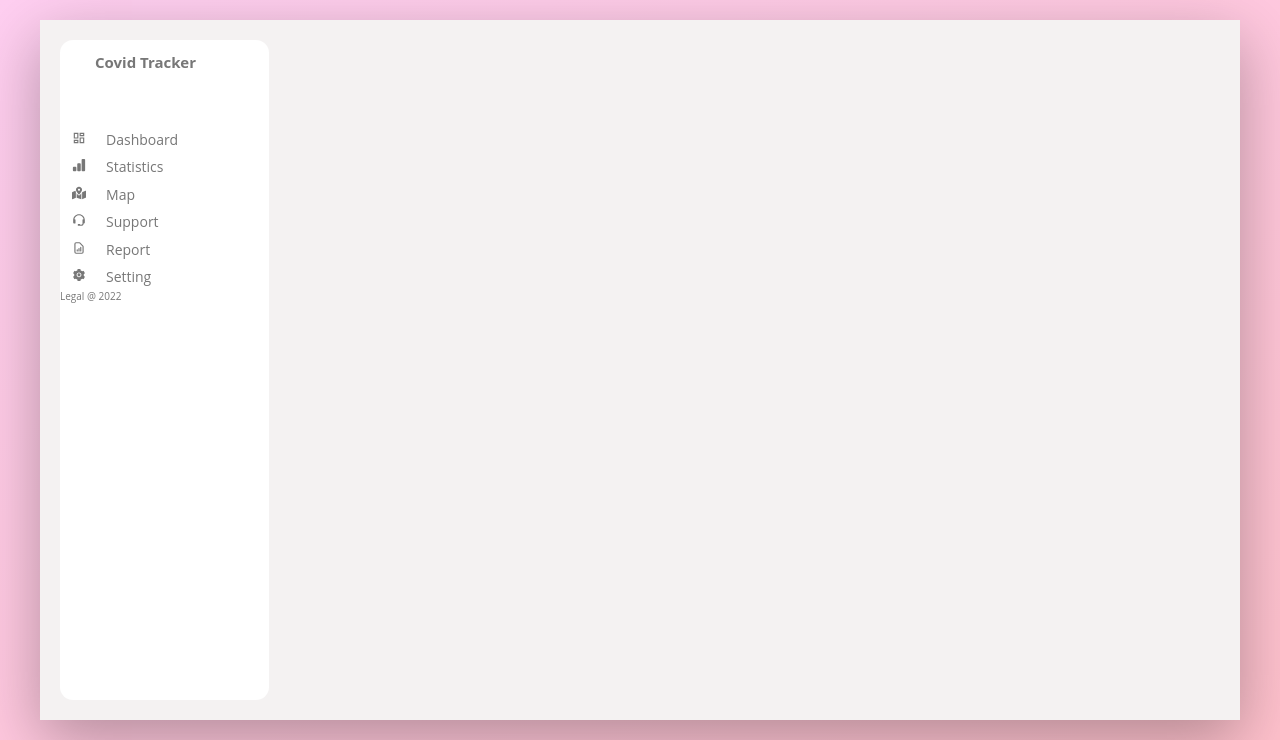
Repository: okidijimmy200/CovidAdminTracker
Page: /
These files come from the project's save history. The page is drawn as it stood at one moment and after the next save; the edit follows.
The browser window is 1280 px wide. The pictures show the whole page.
The project was rebuilt for these pictures with package versions that can differ from the ones it lists, and the page was loaded fresh each time.

Above is the page before, as saved 2022-06-09 17:15:43.

### src/index.scss
:root {
  --color-primary:#eb2f64;
  --color-primary-light:#ffcff1;
  --color-primary-dark:#ffc1cc;
  --color-grey-light-1: #faf9f9;
  --color-grey-light-2: #f4f2f2;
  --color-grey-light-3: #f0eeee;
  --color-grey-light-4: #ccc;
  --color-grey-dark-1: #333;
  --color-grey-dark-2: #777;
  --color-grey-dark-3: #999;

  // creating variable for box
  --shadow-dark: 0 2rem 6rem rgba(0, 0, 0, 0.3);

  --shadow-light: 0 2rem 5rem rgba(0,0,0,.06);
}


* {
  margin: 0;
  padding: 0;
}
*,
*::before,
*::after {
  box-sizing: inherit;
}

html {
  box-sizing: border-box;
  font-size: 62.5%;

}

body {
  font-family: 'Open Sans', sans-serif;
  font-weight: 400;
  line-height: 1.6;
  color: var(--color-grey-dark-2);
  background-image: linear-gradient(to right bottom, var(--color-primary-light), var(--color-primary-dark));
  background-size: cover;
  background-repeat: no-repeat;
  min-height: 100vh;
}

### src/App.tsx
import React from 'react';
import Sidebar from './sidebar/sidebar';
import Content from './core/content';
import './App.scss';

function App() {
  return (
    <div data-testid='container' className="container">
      <div className="content">
      <Sidebar />
      <Content />
      </div>

    </div>
  );
}

export default App;

### src/sidebar/sidebar.tsx
import React from 'react'
import {MdOutlineDashboard  } from 'react-icons/md'
import { BsFillBarChartFill } from 'react-icons/bs'
import { FaMapMarkedAlt } from 'react-icons/fa'
import { BiSupport } from 'react-icons/bi'
import { HiOutlineDocumentReport } from 'react-icons/hi'
import { AiFillSetting } from 'react-icons/ai'

import './sidebar.scss'

export default function sidebar() {
  return (
    <>
    <nav className="sidebar">
        <h2 className='title'>Covid Tracker</h2>
        <div className='sidebar-flex'>

        <ul className="side-nav">
            <li className="side-nav__item side-nav__item--active">
                <span className='side-nav__icon'><MdOutlineDashboard /></span>
                    <span>Dashboard</span>
            </li>
            <li className="side-nav__item">
                {/* <a href="#" class="side-nav__link"> */}
                    <span className="side-nav__icon">
                        <BsFillBarChartFill />
                        {/* <use xlink:href="img/spritspam#icon-aircraft-take-off"></use> */}
                    </span>
                    <span>Statistics</span>
                {/* </a> */}
            </li>
            <li className="side-nav__item">
                {/* <a href="#" class="side-nav__link"> */}
                    <span className="side-nav__icon">
                        <FaMapMarkedAlt />
                        {/* <use xlink:href="img/sprite.svg#icon-key"></use> */}
                    </span>
                    <span>Map</span>
                {/* </a> */}
            </li>
            <li className="side-nav__item">
                {/* <a href="#" className="side-nav__link"> */}
                    <span className="side-nav__icon">
                        {/* <use xlink:href="img/sprite.svg#icon-map"></use> */}
                        <BiSupport />
                    </span>
                    <span>Support</span>
                {/* </a> */}
            </li>
            <li className="side-nav__item">
                {/* <a href="#" className="side-nav__link"> */}
                    <span className="side-nav__icon">
                        {/* <use xlink:href="img/sprite.svg#icon-map"></use> */}
                        <HiOutlineDocumentReport />
                    </span>
                    <span>Report</span>
                {/* </a> */}
            </li>
            <li className="side-nav__item">
                {/* <a href="#" className="side-nav__link"> */}
                    <span className="side-nav__icon">
                        {/* <use xlink:href="img/sprite.svg#icon-map"></use> */}
                        <AiFillSetting />
                    </span>
                    <span>Setting</span>
                {/* </a> */}
            </li>
        </ul>
        <div className="legal">
            Legal @ 2022
        </div>
        </div>
    </nav>
</>
  )
}

### src/core/content.tsx
import React from 'react'

import './content.scss'

export default function Content() {
  return (
    <main className="hotel-view">
    </main>
  )
}

### src/App.scss
.container {
  max-width: 120rem;
  // centering in the view port
  margin: 2rem auto;
  background-color: var(--color-grey-light-2);
  // box-shadow:;
  box-shadow: var(--shadow-dark);

  // min height for testing
  // min-height: 60rem;

}

.content {
  display: flex;
  min-height: 70rem;
  padding: 2rem;
}

### src/sidebar/sidebar.scss

.sidebar {
    // styling the sidebar
    background-color: #fff;
    // flex property to define width, grow 0, shrink 0
    flex: 0 0 18%;
    // to create alot of space in the container for legal text
    border-radius: 1.3rem;
}

.side-nav {
    // adding font size
    font-size: 1.4rem;
    list-style: none;
    margin-top: 3.5rem;

   &__item {
       // parent element set to relative to element the hover effect
       position: relative;
       cursor: pointer;
       margin-left: 1.2rem;

       // to create space btn the items
       &:not(:last-child) {
           margin-bottom: .5rem;
       }
   }

   // this shd be visible only when we hover the item
   &__item:hover::before,
   // to make one of the li items initially highlighted
   &__item--active::before {
       width: 100%;
   }

   // to show the item as selected
   &__item:active::before {
       background-color: #fff;
   }


   &__link:link,
   &__link:visited {
    //    color: var(--color-grey-light-1);
       text-decoration: none;
       text-transform: uppercase;
       display: inline-block;
       padding: 1.5rem 3rem;
       // z-index only works with positioning
       position: relative;
       z-index: 10;
       // to align items in straight line
       display: flex;
       align-items: center;
   }

   &__icon {
       // reduce size of icons
       width: 1.75rem;
       height: 1.75rem;
       margin-right: 2rem;
       // current color is the color of the current element
       fill:currentColor;
   }
}
.sidebar-flex {
    display: flex;
    flex-direction: column;
    justify-content: space-between;
    // height: 90rem;
}
.title {
    padding: 1rem 2rem 2rem 3.5rem;
}

### src/core/content.scss
.hotel-view {
    // background-color: #fff;
    // to make the hotel-view cover up the remaining space
    flex: 1;
    margin-left: 2rem;
}

Loaded but not shown: public/index.html (common file); src/index.tsx (common file); src/reportWebVitals.ts (common file)

After the next save:
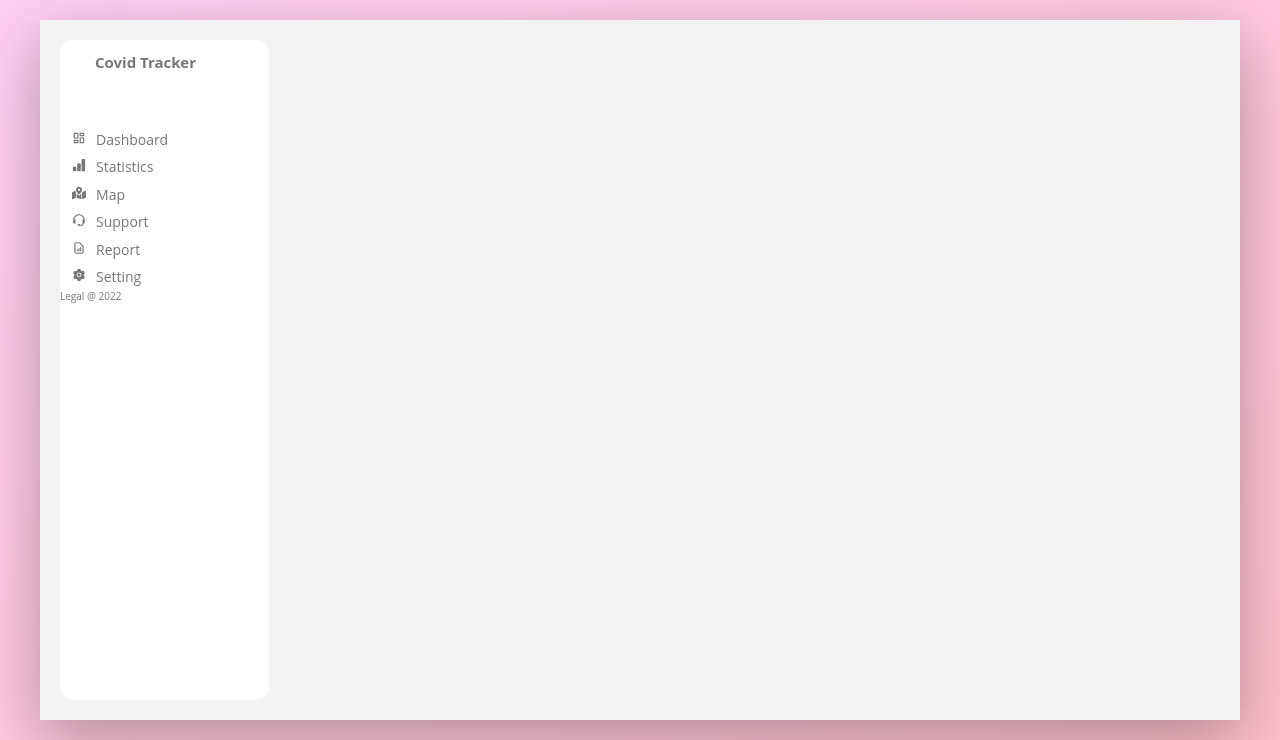
Saved 60 s later.
--- a/src/sidebar/sidebar.scss
+++ b/src/sidebar/sidebar.scss
@@ -58,7 +58,7 @@
        // reduce size of icons
        width: 1.75rem;
        height: 1.75rem;
-       margin-right: 2rem;
+       margin-right: 1rem;
        // current color is the color of the current element
        fill:currentColor;
    }
